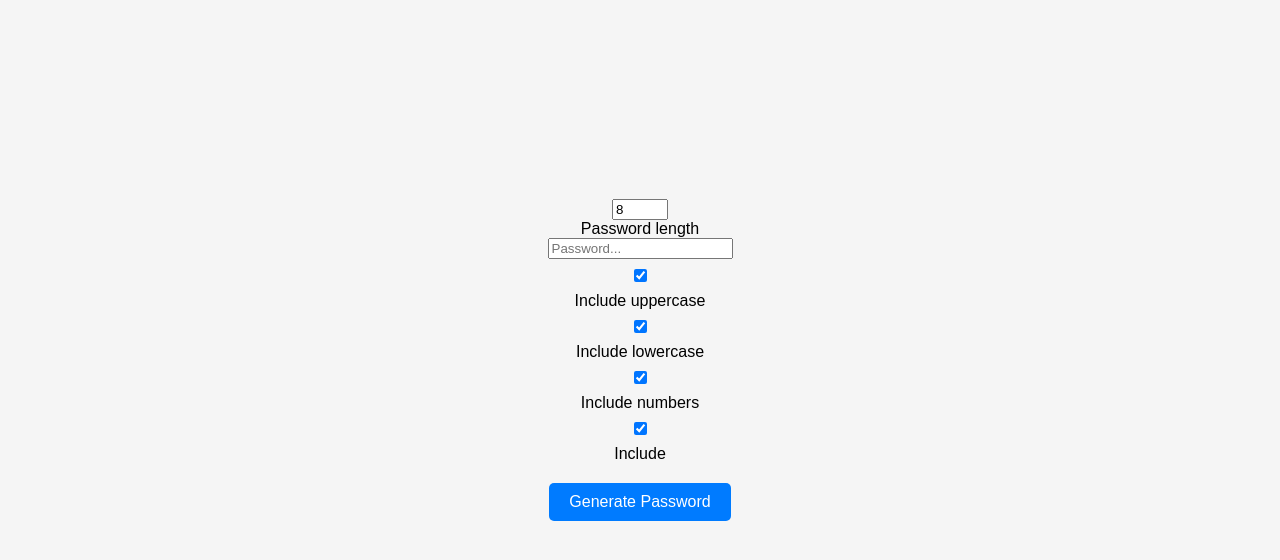
Repository: sriram1224/pass-generator
Page: /
These files come from the project's save history. The page is drawn as it stood at one moment and after the next save; the edit follows.
The browser window is 1280 px wide. The pictures show the whole page.
The project was rebuilt for these pictures with package versions that can differ from the ones it lists, and the page was loaded fresh each time.

Above is the page before, as saved 2024-03-21 19:48:11.

After the next save:
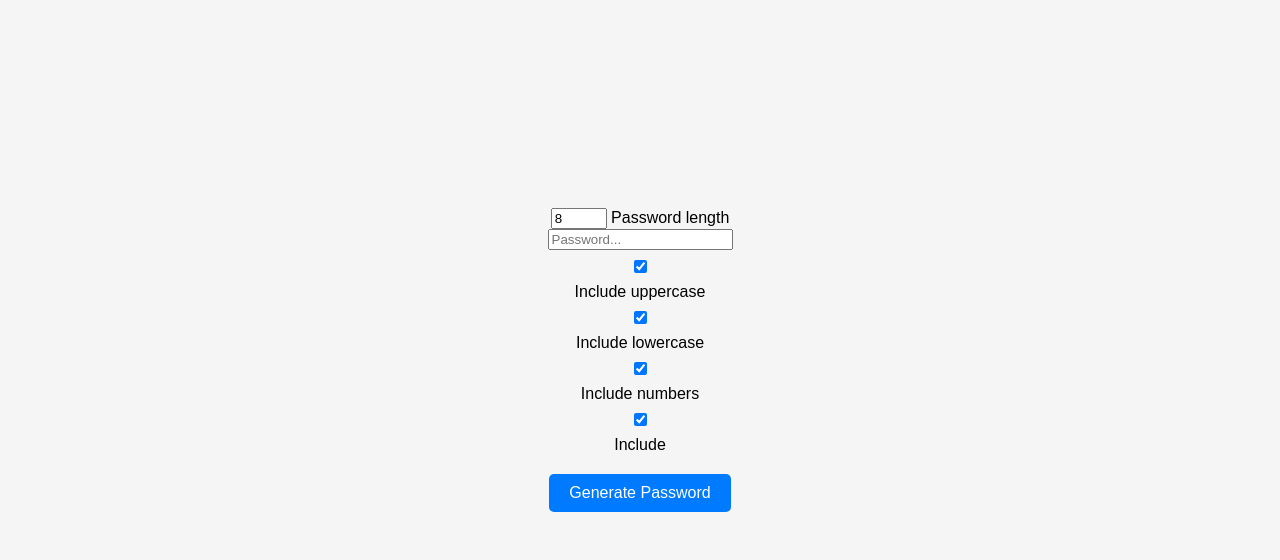
Saved 3 min 45 s later.
--- a/src/App.js
+++ b/src/App.js
@@ -45,9 +45,10 @@ function App() {
 
   return (
     <div className="App">
+      <label>
       <input type="number" value={length} onChange={(e) => setLength(parseInt(e.target.value))} min="1" max="50" /> Password length
-      <input type="text"  value={password} placeholder='Password...'   readOnly />
-      <input type="checkbox" checked={includeUpperref.current} onChange={() => handlechange(includeUpperref)} /> Include uppercase
+     </label> <label> <input type="text"  value={password} placeholder='Password...'   readOnly />
+     </label> <input type="checkbox" checked={includeUpperref.current} onChange={() => handlechange(includeUpperref)} /> Include uppercase
       <input type="checkbox" checked={includeLowerref.current} onChange={() => handlechange(includeLowerref)} /> Include lowercase
       <input type="checkbox" checked={includeNumberref.current} onChange={() => handlechange(includeNumberref)} /> Include numbers
       <input type="checkbox" checked={includeSymbolref.current} onChange={() => handlechange(includeSymbolref)} /> Include
